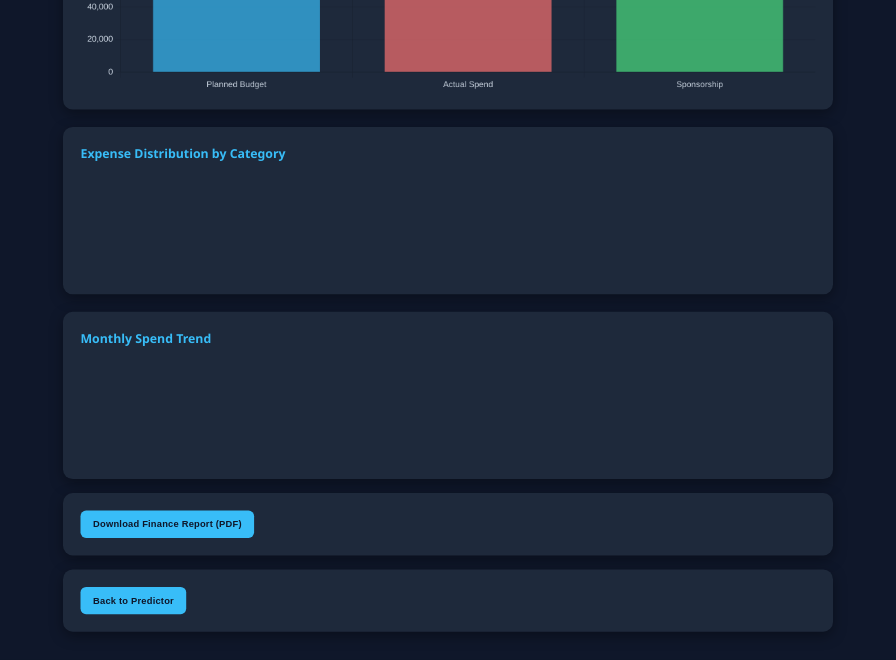
Repository: PratapOP/event-budget-analytics
Page: http://localhost/dashboard
The author's editor kept a copy of each file at every save. The page is drawn from the files as they stood at one save, then again after the next save.
The browser window is 1280 px wide. The pictures show the part of the page from y = 988 to 2908 px (the page is 1931 px tall before and 3196 px after), at 70% of full size.
The page is served by the project's application, run on Flask 3 (app.py).

Above is the page before, as saved 2026-02-21 05:20:24.
Console error: ReferenceError: categoryLabels is not defined

### data/event_data.csv
Date,Category,Planned,Actual,Sponsorship
2026-01-01,Marketing,15000,18000,5000
2026-01-02,Logistics,12000,10000,0
2026-01-03,Food,20000,22000,3000
2026-01-04,Venue,30000,28000,10000
2026-01-05,Marketing,15000,13000,4000
2026-01-06,Logistics,10000,11000,2000
2026-01-07,Food,22000,25000,5000
2026-01-08,Venue,35000,33000,12000
2026-01-09,Marketing,18000,20000,6000
2026-01-10,Food,21000,19000,4000

### templates/dashboard.html
<!DOCTYPE html>
<html>
<head>
    <title>Event Budget Analytics Dashboard</title>
    <link rel="stylesheet" href="{{ url_for('static', filename='css/style.css') }}">
</head>

<body>

    <div class="container">

        <div class="top-bar">
        <div class="title">Event Budget Analytics Dashboard</div>
        <div class="subtitle">Finance Intelligence Panel</div>
    </div>

    <!-- KPI SECTION -->
    <div class="kpi-grid">

        <div class="kpi-card">
            <div class="kpi-title">Total Planned Budget</div>
            <div class="kpi-value">₹ {{ planned }}</div>
        </div>

        <div class="kpi-card">
            <div class="kpi-title">Total Actual Spend</div>
            <div class="kpi-value" style="color:#f87171;">
            ₹ {{ actual }}
        </div>
        </div>

        <div class="kpi-card">
            <div class="kpi-title">Total Sponsorship</div>
            <div class="kpi-value" style="color:#4ade80;">
            ₹ {{ sponsorship }}
        </div>
        </div>

        <div class="kpi-card">
            <div class="kpi-title">Variance</div>
            <div class="kpi-value"
            style="color:{% if variance > 0 %}#f87171{% else %}#4ade80{% endif %};">
            ₹ {{ variance }}
        </div>
        </div>

    </div>

    <!-- RISK PANEL -->
    <div class="card" style="margin-top:25px;">
        <h3 style="color:#38bdf8;">Budget Risk Analysis</h3>
        <h2 style="color: {{ risk_color }};">{{ risk_status }}</h2>
        <p style="color:#94a3b8;">{{ insight }}</p>
    </div>

    <!-- EXECUTIVE INSIGHT -->
    <div class="card" style="margin-top:25px;">
        <h3 style="color:#38bdf8;">Executive Insight</h3>
        <p style="color:#94a3b8;">{{ executive_insight }}</p>
    </div>

    <!-- BAR CHART -->
    <div class="card" style="margin-top:25px;">
        <h3 style="color:#38bdf8;">Budget vs Actual</h3>
        <canvas id="budgetChart"></canvas>
    </div>

    <!-- PIE CHART -->
    <div class="card" style="margin-top:25px;">
        <h3 style="color:#38bdf8;">Expense Distribution by Category</h3>
        <canvas id="categoryChart"></canvas>
    </div>

    <!-- TREND CHART -->
    <div class="card" style="margin-top:25px;">
        <h3 style="color:#38bdf8;">Monthly Spend Trend</h3>
        <canvas id="trendChart"></canvas>
    </div>

    <div class="card">
        <a href="/download-report">
            <button>Download Finance Report (PDF)</button>
        </a>
    </div>

    <div class="card">
        <a href="/"><button>Back to Predictor</button></a>
    </div>

</div>

<script src="https://cdn.jsdelivr.net/npm/chart.js"></script>
<script src="{{ url_for('static', filename='js/dashboard.js') }}"></script>

<script>
const categoryLabels = {{ category_labels | tojson }};
const categoryValues = {{ category_values | tojson }};
const monthLabels = {{ month_labels | tojson }};
const monthValues = {{ month_values | tojson }};
</script>

</body>
</html>

### app.py
from flask import Flask, render_template, request, jsonify
import pandas as pd
import pickle
from flask import send_file
from reportlab.pdfgen import canvas
import io

app = Flask(__name__)

# Load trained ML model
model = pickle.load(open("model/budget_model.pkl", "rb"))


# ===============================
# HOME PAGE
# ===============================
@app.route("/")
def index():
    return render_template("index.html")


# ===============================
# DASHBOARD PAGE
# ===============================
@app.route("/dashboard")
def dashboard():

    # Load finance data
    df = pd.read_csv("data/event_data.csv")

    # Convert date column
    df["Date"] = pd.to_datetime(df["Date"])

    # ===============================
    # CATEGORY ANALYSIS
    # ===============================
    category_summary = df.groupby("Category")["Actual"].sum()

    category_labels = category_summary.index.tolist()
    category_values = category_summary.values.tolist()

    # ===============================
    # MONTHLY TREND ANALYSIS
    # ===============================
    df["Month"] = df["Date"].dt.strftime("%b")

    monthly_summary = df.groupby("Month")["Actual"].sum()

    month_labels = monthly_summary.index.tolist()
    month_values = monthly_summary.values.tolist()

    # ===============================
    # KPI CALCULATIONS
    # ===============================
    total_planned = df["Planned"].sum()
    total_actual = df["Actual"].sum()
    total_sponsorship = df["Sponsorship"].sum()

    variance = total_actual - total_planned

    # ===============================
    # RISK ANALYSIS
    # ===============================
    if variance > 0:
        risk_status = "HIGH RISK"
        risk_color = "#f87171"
        insight = "Spending has exceeded planned budget. Cost control required."
    else:
        risk_status = "SAFE"
        risk_color = "#4ade80"
        insight = "Spending is within planned limits. Budget is under control."

    # ===============================
    # EXECUTIVE INSIGHT
    # ===============================
    top_category = category_summary.idxmax()

    executive_insight = (
        f"Highest spending category is {top_category}. "
        f"Consider optimizing costs here for better budget control."
    )

    # ===============================
    # RENDER DASHBOARD
    # ===============================
    return render_template(
        "dashboard.html",
        planned=total_planned,
        actual=total_actual,
        sponsorship=total_sponsorship,
        variance=variance,
        risk_status=risk_status,
        risk_color=risk_color,
        insight=insight,
        category_labels=category_labels,
        category_values=category_values,
        month_labels=month_labels,
        month_values=month_values,
        executive_insight=executive_insight
    )
# ===============================
# DOWNLOAD FINANCE REPORT (PDF)
# ===============================
@app.route("/download-report")
def download_report():

    df = pd.read_csv("data/event_data.csv")

    total_planned = df["Planned"].sum()
    total_actual = df["Actual"].sum()
    total_sponsorship = df["Sponsorship"].sum()
    variance = total_actual - total_planned

    category_summary = df.groupby("Category")["Actual"].sum()
    top_category = category_summary.idxmax()

    # Create PDF in memory
    buffer = io.BytesIO()
    p = canvas.Canvas(buffer)

    # Title
    p.setFont("Helvetica-Bold", 16)
    p.drawString(50, 800, "Event Budget Analytics Report")

    p.setFont("Helvetica", 12)

    y = 760
    p.drawString(50, y, f"Total Planned Budget: ₹ {total_planned}")
    y -= 25
    p.drawString(50, y, f"Total Actual Spend: ₹ {total_actual}")
    y -= 25
    p.drawString(50, y, f"Total Sponsorship: ₹ {total_sponsorship}")
    y -= 25
    p.drawString(50, y, f"Variance: ₹ {variance}")
    y -= 35

    if variance > 0:
        risk = "HIGH RISK"
    else:
        risk = "SAFE"

    p.drawString(50, y, f"Risk Status: {risk}")
    y -= 25

    p.drawString(
        50,
        y,
        f"Executive Insight: Highest spending category is {top_category}"
    )

    p.showPage()
    p.save()

    buffer.seek(0)

    return send_file(
        buffer,
        as_attachment=True,
        download_name="finance_report.pdf",
        mimetype="application/pdf"
    )

# ===============================
# ML PREDICTION API
# ===============================
@app.route("/predict", methods=["POST"])
def predict():

    data = request.json

    planned = float(data["planned"])
    actual = float(data["actual"])
    sponsorship = float(data["sponsorship"])

    prediction = model.predict([[planned, actual, sponsorship]])

    return jsonify({
        "over_budget": int(prediction[0])
    })


# ===============================
# RUN APP
# ===============================
if __name__ == "__main__":
    app.run(debug=True)

### static/css/style.css
/* ===== GLOBAL STYLES ===== */

* {
    margin: 0;
    padding: 0;
    box-sizing: border-box;
}

body {
    font-family: "Segoe UI", sans-serif;
    background: #0f172a;
    color: #e2e8f0;
    min-height: 100vh;
}

/* ===== MAIN CONTAINER ===== */

.container {
    width: 90%;
    max-width: 1100px;
    margin: 40px auto;
}

/* ===== HEADER ===== */

h1 {
    font-size: 2rem;
    margin-bottom: 20px;
    color: #38bdf8;
}

/* ===== CARD STYLE ===== */

.card {
    background: #1e293b;
    padding: 25px;
    border-radius: 14px;
    box-shadow: 0 6px 20px rgba(0,0,0,0.35);
    margin-bottom: 20px;
    transition: transform 0.25s ease;
}

.card:hover {
    transform: translateY(-4px);
}

/* ===== INPUTS ===== */

input {
    width: 100%;
    padding: 12px;
    margin: 10px 0;
    border: none;
    border-radius: 8px;
    background: #334155;
    color: white;
    font-size: 15px;
}

input:focus {
    outline: 2px solid #38bdf8;
}

/* ===== BUTTONS ===== */

button {
    background: #38bdf8;
    color: #0f172a;
    border: none;
    padding: 12px 18px;
    border-radius: 8px;
    font-weight: bold;
    cursor: pointer;
    transition: all 0.25s ease;
}

button:hover {
    background: #0ea5e9;
    transform: scale(1.03);
}

/* ===== RESULT TEXT ===== */

#result {
    margin-top: 15px;
    font-size: 1.1rem;
    font-weight: bold;
}

/* ===== KPI GRID (FOR DASHBOARD LATER) ===== */

.kpi-grid {
    display: grid;
    grid-template-columns: repeat(auto-fit, minmax(220px, 1fr));
    gap: 20px;
}

.kpi-card {
    background: #1e293b;
    padding: 20px;
    border-radius: 12px;
    box-shadow: 0 6px 18px rgba(0,0,0,0.3);
}

.kpi-title {
    font-size: 0.9rem;
    color: #94a3b8;
}

.kpi-value {
    font-size: 1.6rem;
    margin-top: 8px;
    color: #38bdf8;
}

/* ===== SMOOTH PAGE FADE ===== */

body {
    animation: fadeIn 0.6s ease-in;
}

@keyframes fadeIn {
    from {
        opacity: 0;
        transform: translateY(8px);
    }
    to {
        opacity: 1;
        transform: translateY(0);
    }
}

/* ===== KPI ADVANCED EFFECT ===== */

.kpi-card {
    position: relative;
    overflow: hidden;
    transition: all 0.25s ease;
}

.kpi-card::before {
    content: "";
    position: absolute;
    top: 0;
    left: -100%;
    width: 100%;
    height: 3px;
    background: #38bdf8;
    transition: left 0.35s ease;
}

.kpi-card:hover::before {
    left: 0;
}

.kpi-card:hover {
    transform: translateY(-6px);
    box-shadow: 0 10px 24px rgba(0,0,0,0.45);
}

/* ===== BUTTON POLISH ===== */

button {
    letter-spacing: 0.3px;
}

/* ===== RESULT ANIMATION ===== */

#result {
    transition: all 0.25s ease;
}

/* ===== EXECUTIVE HEADER ===== */

.top-bar {
    display: flex;
    justify-content: space-between;
    align-items: center;
    margin-bottom: 25px;
    padding: 18px 22px;
    background: #1e293b;
    border-radius: 12px;
    box-shadow: 0 6px 18px rgba(0,0,0,0.35);
}

.title {
    font-size: 1.5rem;
    font-weight: 700;
    color: #38bdf8;
}

.subtitle {
    font-size: 0.9rem;
    color: #94a3b8;
}

/* ===== CHART POLISH ===== */

canvas {
    margin-top: 10px;
}

.card h3 {
    font-size: 1.1rem;
    font-weight: 600;
}

### static/js/dashboard.js
// ===============================
// BUDGET VS ACTUAL BAR CHART
// ===============================
const budgetCtx = document.getElementById("budgetChart");

new Chart(budgetCtx, {
    type: "bar",
    data: {
        labels: ["Planned Budget", "Actual Spend", "Sponsorship"],
        datasets: [{
            label: "Amount",
            data: [
                parseFloat(document.querySelectorAll(".kpi-value")[0].innerText.replace("₹","")),
                parseFloat(document.querySelectorAll(".kpi-value")[1].innerText.replace("₹","")),
                parseFloat(document.querySelectorAll(".kpi-value")[2].innerText.replace("₹",""))
            ],
            backgroundColor: [
                "rgba(56,189,248,0.7)",
                "rgba(248,113,113,0.7)",
                "rgba(74,222,128,0.7)"
            ],
            borderRadius: 8
        }]
    },
    options: {
        plugins: {
            legend: {
                labels: { color: "#e2e8f0" }
            }
        },
        scales: {
            x: { ticks: { color: "#cbd5e1" } },
            y: { ticks: { color: "#cbd5e1" } }
        }
    }
});


// ===============================
// CATEGORY PIE CHART
// ===============================
const categoryCtx = document.getElementById("categoryChart");

new Chart(categoryCtx, {
    type: "pie",
    data: {
        labels: categoryLabels,
        datasets: [{
            data: categoryValues,
            backgroundColor: [
                "#38bdf8",
                "#f87171",
                "#4ade80",
                "#fbbf24",
                "#a78bfa",
                "#fb7185"
            ]
        }]
    },
    options: {
        plugins: {
            legend: {
                labels: { color: "#e2e8f0" }
            }
        }
    }
});


// ===============================
// MONTHLY TREND LINE CHART
// ===============================
const trendCtx = document.getElementById("trendChart");

new Chart(trendCtx, {
    type: "line",
    data: {
        labels: monthLabels,
        datasets: [{
            label: "Monthly Spend",
            data: monthValues,
            borderColor: "#38bdf8",
            backgroundColor: "rgba(56,189,248,0.2)",
            fill: true,
            tension: 0.3
        }]
    },
    options: {
        plugins: {
            legend: {
                labels: { color: "#e2e8f0" }
            }
        },
        scales: {
            x: { ticks: { color: "#cbd5e1" } },
            y: { ticks: { color: "#cbd5e1" } }
        }
    }
});

After the next save:
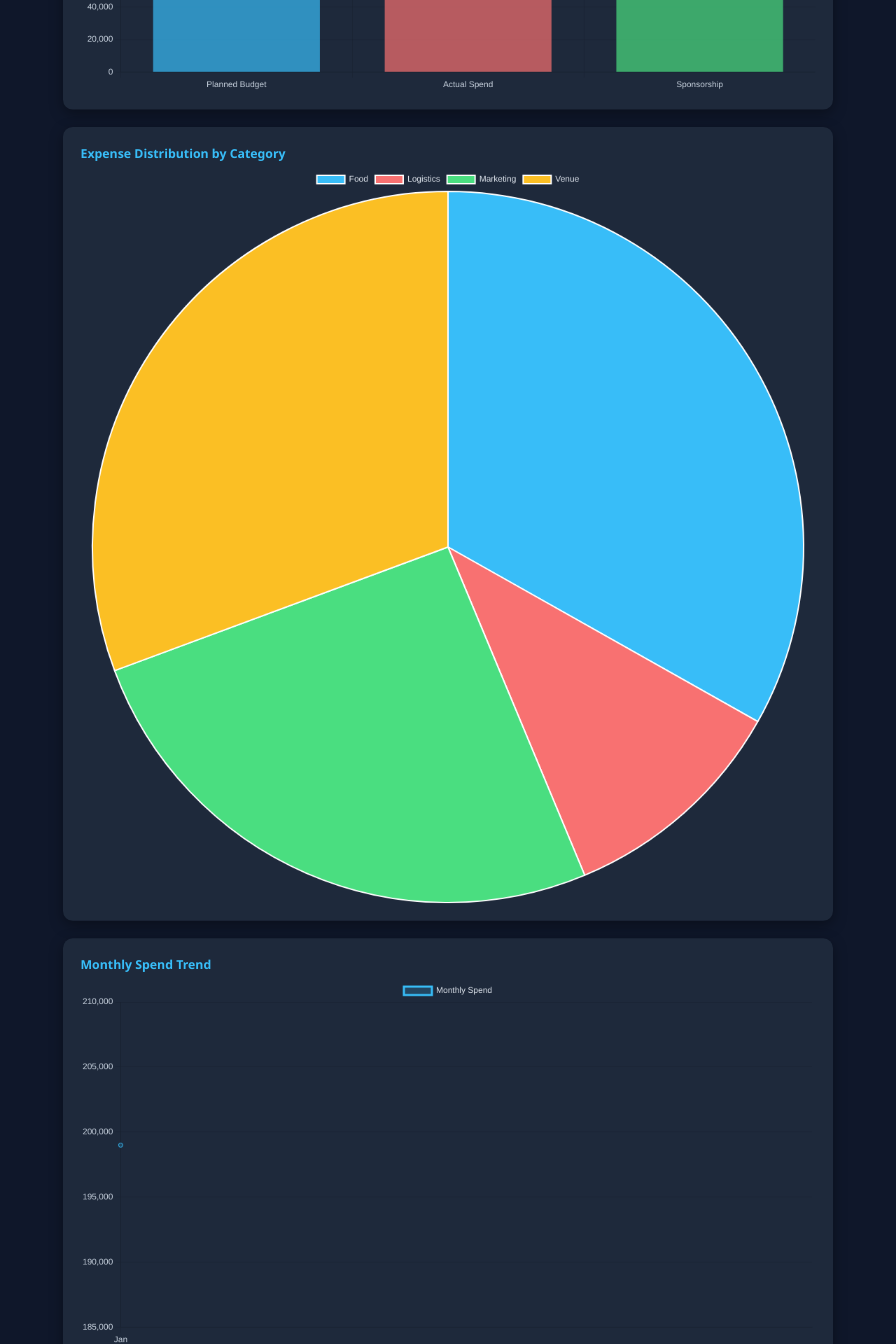
The error is gone.
Saved 81 s later.
--- a/templates/dashboard.html
+++ b/templates/dashboard.html
@@ -90,8 +90,8 @@
 </div>
 
 <script src="https://cdn.jsdelivr.net/npm/chart.js"></script>
-<script src="{{ url_for('static', filename='js/dashboard.js') }}"></script>
 
+<!-- Backend data FIRST -->
 <script>
 const categoryLabels = {{ category_labels | tojson }};
 const categoryValues = {{ category_values | tojson }};
@@ -99,5 +99,8 @@ const monthLabels = {{ month_labels | tojson }};
 const monthValues = {{ month_values | tojson }};
 </script>
 
+<!-- Dashboard JS AFTER data -->
+<script src="{{ url_for('static', filename='js/dashboard.js') }}"></script>
+
 </body>
 </html>
